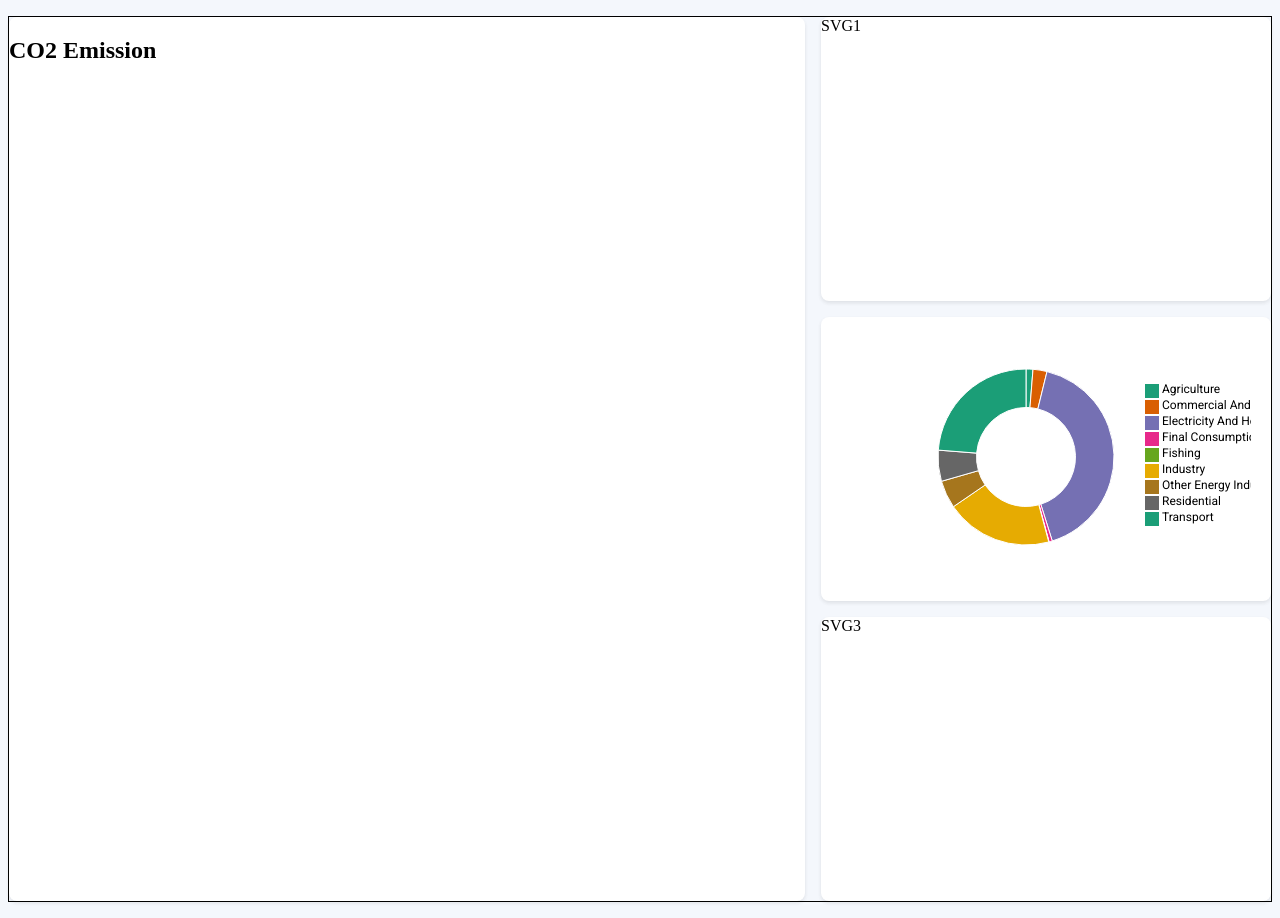
Repository: losmarco/CO2-Emission-Data-Dashboard
Page: index.html
The author's editor kept a copy of each file at every save. The page is drawn from the files as they stood at one save, then again after the next save.
The browser window is 1280 px wide. The pictures show the whole page.
The style sheet was rebuilt from its Sass, Less or Tailwind sources for each picture, by a compiler version that may differ from the author's.

Above is the page before, as saved 2020-03-29 17:39:09.

After the next save:
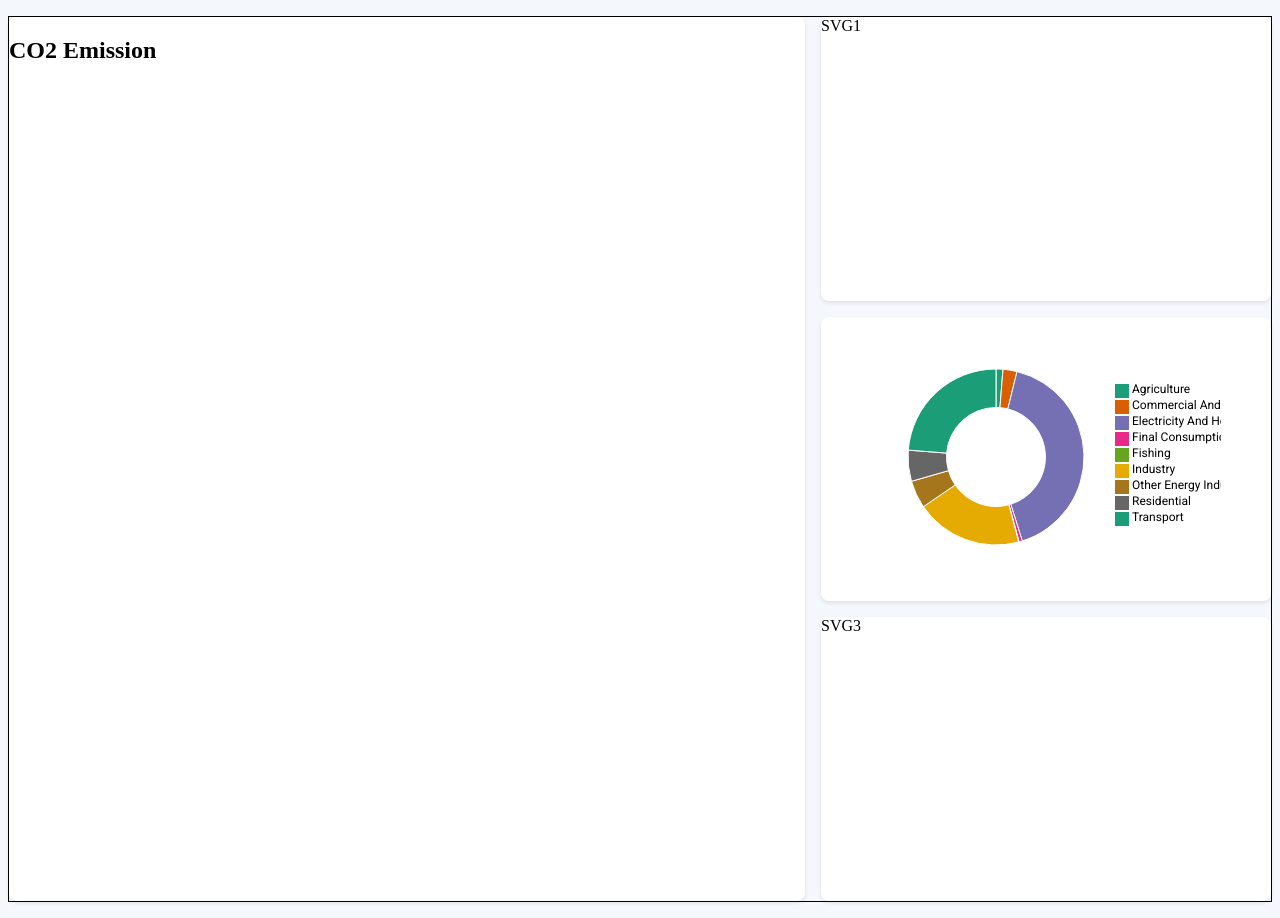
Saved 6 s later.
--- a/style.scss
+++ b/style.scss
@@ -58,7 +58,7 @@ body{
     grid-column: 4/5;
     width: 450px;
     svg{
-        transform: translateX(-20px);
+        transform: translateX(-50px);
     }
     .legend {
         font-family: 'Roboto', sans-serif;
